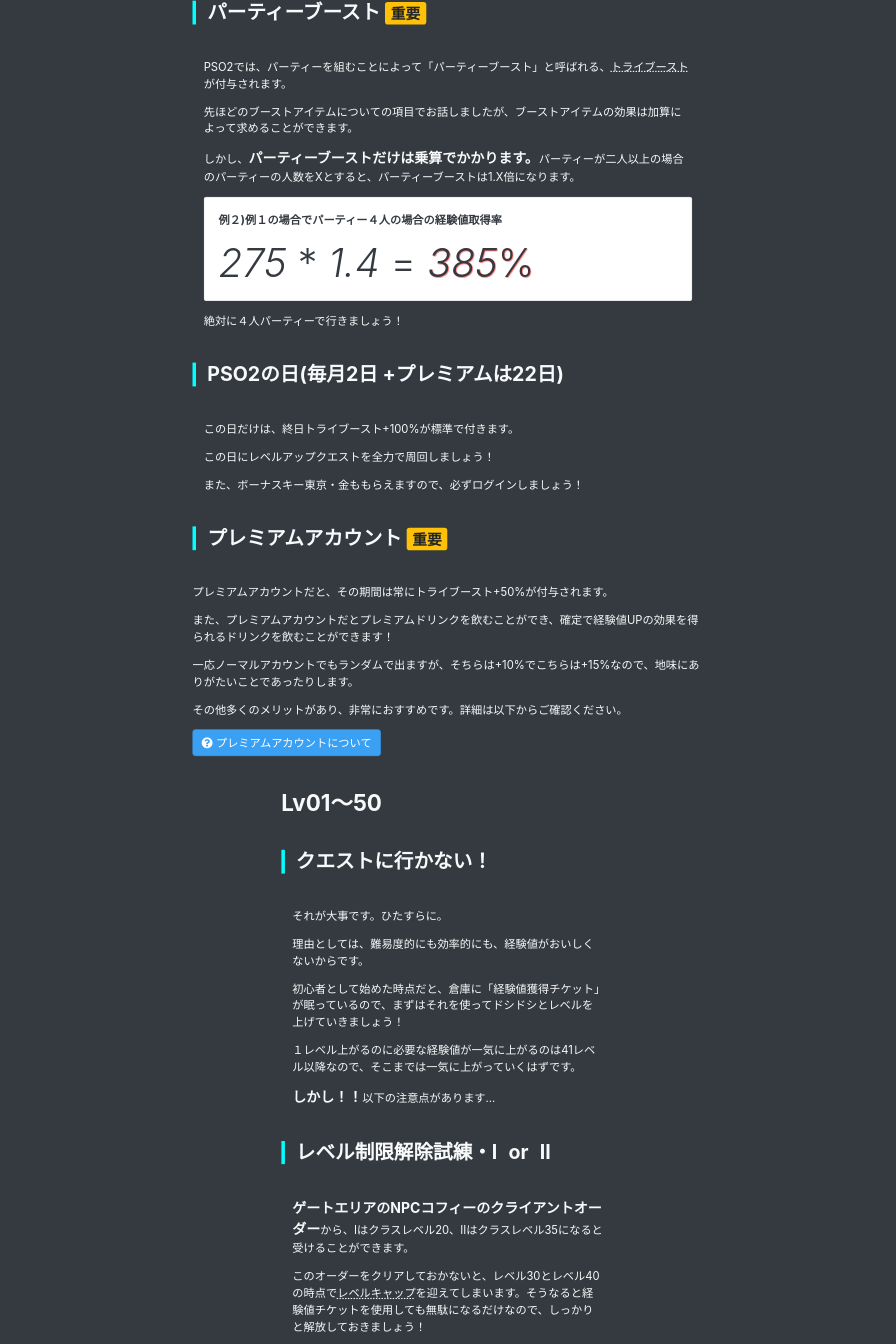
Repository: milkyahonpo/Website_source
Page: docs/capture.html
An editor plug-in stored every save of this project. The page is shown before and after a run of saves, followed by the edit.
The browser window is 1280 px wide. The pictures show the part of the page from y = 4580 to 6500 px (the page is 11156 px tall before and 10304 px after), at 70% of full size.
Some web libraries are served in a nearby version.

Above is the page before, as saved 2020-02-03 09:44:42.

After the next 2 saves:
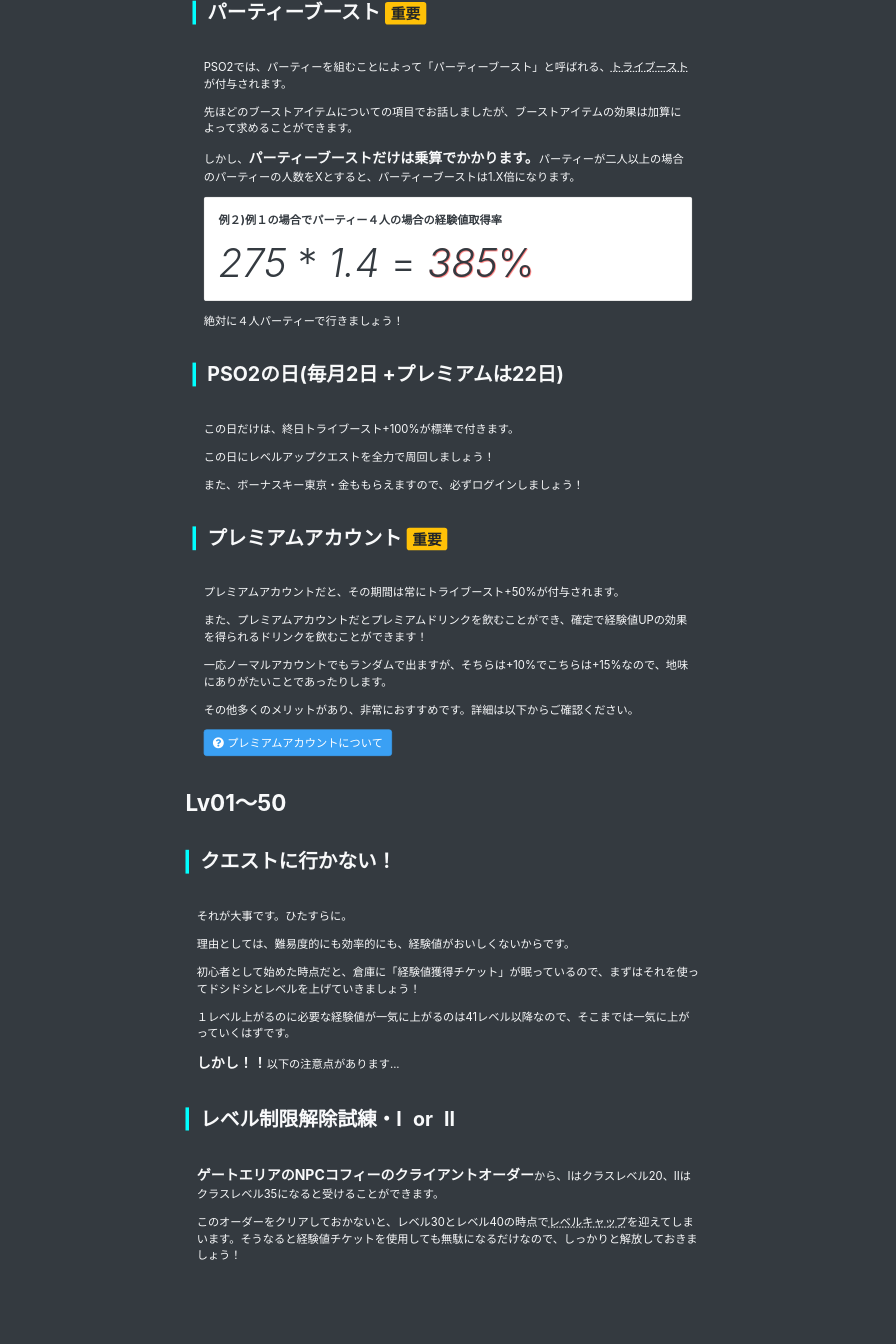
The 2 saves are shown as one change because they came seconds apart.
The last was saved 15 s later.
--- a/docs/capture.html
+++ b/docs/capture.html
@@ -162,12 +162,14 @@
             <p>また、ボーナスキー東京・金ももらえますので、必ずログインしましょう！</p>
           </div>
           <h3 class="my-5 pl-3"><strong class="font-weight-bold">プレミアムアカウント </strong><span class="badge badge-warning">重要</span></h3>
-          <p>プレミアムアカウントだと、その期間は常にトライブースト+50%が付与されます。</p>
-          <p>また、プレミアムアカウントだとプレミアムドリンクを飲むことができ、確定で経験値UPの効果を得られるドリンクを飲むことができます！</p>
-          <p>一応ノーマルアカウントでもランダムで出ますが、そちらは+10%でこちらは+15%なので、地味にありがたいことであったりします。</p>
-          <p>その他多くのメリットがあり、非常におすすめです。詳細は以下からご確認ください。</p>
-          <a href="http://pso2.jp/players/manual/preparations/ac/#sys-manual-513"><button class="btn btn-primary"><i class="fas fa-question-circle"></i> プレミアムアカウントについて</button></a>
-        </_div>
+          <div class="px-3">
+            <p>プレミアムアカウントだと、その期間は常にトライブースト+50%が付与されます。</p>
+            <p>また、プレミアムアカウントだとプレミアムドリンクを飲むことができ、確定で経験値UPの効果を得られるドリンクを飲むことができます！</p>
+            <p>一応ノーマルアカウントでもランダムで出ますが、そちらは+10%でこちらは+15%なので、地味にありがたいことであったりします。</p>
+            <p>その他多くのメリットがあり、非常におすすめです。詳細は以下からご確認ください。</p>
+            <a href="http://pso2.jp/players/manual/preparations/ac/#sys-manual-513"><button class="btn btn-primary"><i class="fas fa-question-circle"></i> プレミアムアカウントについて</button></a>
+          </div>
+        </div>
       <//div>
       <div class="row py-5 justify-content-center" id="lv1-50">
         <div class="col-lg-8">
